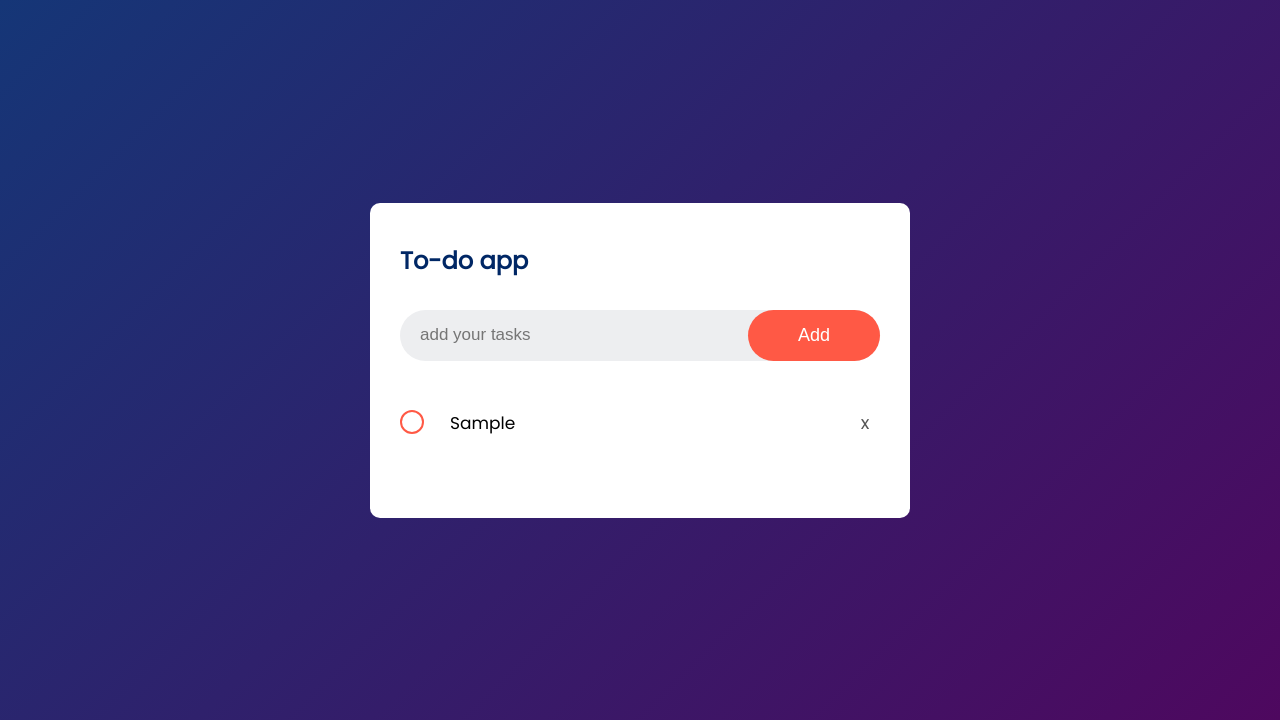
Repository: samoshi/To-do
Page: http://localhost/
These files come from the project's save history. The page is drawn as it stood at one moment and after the next save; the edit follows.
The browser window is 1280 px wide. The pictures show the whole page.
Empty fields were first filled with sample values (such as "Sample", 5 or name@example.com).
After loading, the first visible `button` was clicked once.
The page is served by the project's application, run on Flask 3 (app/app.py).

Above is the page before, as saved 2024-01-14 12:05:20.

### app/templates/index.html
<!DOCTYPE html>
<html lang="en">

<head>
    <meta charset="UTF-8">
    <meta name="viewport" content="width=device-width, initial-scale=1.0">
    <title>To-Do list</title>
    <link rel="stylesheet" href="{{ url_for('static', filename='style.css') }}" />
    <script src="https://code.jquery.com/jquery-3.6.4.min.js"></script>
    <script src="{{ url_for('static', filename='script.js') }}"></script>
</head>

<body>
    <div class="container">
        <div class="todo-app">
            <div class="app-title">
                <h2>To-do app</h2>
                <i class="fa-solid fa-book-bookmark"></i>
            </div>
            <div class="row">
                <input type="text" id="input-box" placeholder="add your tasks" required>
                <button>Add</button>
            </div>
            <ul id="list-container">
                {% for task in tasks %}
                    <li data-task-id="{{ loop.index-1 }}" class="{% if task.completed %}checked{% endif %}">
                        {{ task.description }}
                    </li>
                {% endfor %}
            </ul>
        </div>
    </div>




    <script src="{{ url_for('static', filename='script.js') }}"></script>
</body>

</html>

### app/app.py
from flask import Flask, render_template, request, redirect, url_for
import json

app = Flask(__name__)

tasks = []

def save_tasks():
    with open("tasks.txt", "w") as file:
        for task in tasks:
            file.write(f"{task['description']}:{task['completed']}\n")

# Load tasks from a file
def load_tasks():
    try:
        with open("tasks.txt", "r") as file:
            lines = file.readlines()
            return [
                {"description": line.split(":")[0], "completed": eval(line.split(":")[1])}
                for line in lines
            ]
    except FileNotFoundError:
        return []

# Initialize tasks
tasks = load_tasks()

@app.route('/')
def index():
    return render_template('index.html', tasks=tasks)

@app.route('/add_task', methods=['POST'])
def add_task():
    global tasks
    new_task_description = request.form.get('description')
    if new_task_description:
        new_task = {"description": new_task_description, "completed": False}
        tasks.append(new_task)
        save_tasks()
    return redirect(url_for('index'))

@app.route('/complete/<int:task_id>')
def complete_task(task_id):
    global tasks
    if 0 <= task_id < len(tasks):
        tasks[task_id]['completed'] = True
        save_tasks()
    return redirect(url_for('index'))

@app.route('/remove/<int:task_id>')
def remove_task(task_id):
    global tasks
    if 0 <= task_id < len(tasks):
        del tasks[task_id]
        # Save your tasks or update your data structure
    return redirect(url_for('index'))

if __name__ == '__main__':
    app.run(host='0.0.0.0', port=5000, debug=True)

### app/static/style.css
@import url('https://fonts.googleapis.com/css2?family=Poppins&display=swap');


*, *:before, *:after{
    margin: 0;
    padding: 0;
    box-sizing: border-box;
}
body{
    font-family: 'Poppins', sans-serif;
}
.container{
    width: 100%;
    min-height: 100vh;
    background: linear-gradient(135deg, #153677, #4e085f);
    padding: 10px;
    display: flex;
    justify-content: center;
    align-items: center;
}
.todo-app{
    width: 100%;
    max-width: 540px;
    background-color: #fff;
    padding: 40px 30px 70px;
    border-radius: 10px;
    display: flex;
    flex-direction: column;
    align-items: left;
    gap: 2rem;
}
.app-title{
    display: flex;
    gap: 1rem;
    align-items: center;
}
.app-title h2, .app-title i{
    color: #002765;
}
.app-title i{
    font-size: 26px;
}
.row{
    display: flex;
    align-items: center;
    justify-content: space-between;
    background-color: #edeef0;
    border-radius: 30px;
}
input{
    width: 100%;
    border: none;
    outline: none;
    background-color: transparent;
    padding: 12px;
    font-size: 17px;
    padding-left: 20px;
}
button{
    border: none;
    cursor: pointer;
    outline: none;
    padding: 15px 50px;
    border-radius: 30px;
    background-color: #ff5945;
    color: #fff;
    font-size: 18px;
    transition: all .25s ease;
}
button:hover{
    filter: brightness(.8);
}

@media screen and (max-width: 400px) {
    button{
        padding: 15px;
        border-radius: 0 30px 30px 0;
    }
}

ul{
    list-style: none;
}
ul li{
    font-size: 17px;
    padding: 12px 8px 12px 50px;
    margin-top: 5px;
    user-select: none;
    cursor: pointer;
    position: relative;
}
ul li::before{
    position: absolute;
    content: '';
    width: 24px;
    height: 24px;
    border-radius: 50%;
    left: 0;
    border: 2px solid #ff5945;
}
ul .checked{
    color: #555;
    text-decoration: line-through;
}
ul .checked::before{
    background-color: #ff5945;
}
span {
    position: absolute;
    right: 0;
    top: 50%;
    transform: translateY(-50%);
    width: 30px;
    height: 30px;
    border-radius: 50%;
    display: flex;
    justify-content: center;
    align-items: center;
    color: #555;
    font-size: 18px;
    transition: all .2s ease;
}
span:hover{
    background-color: #c9c9c9;
    color: #fff;
}

### app/static/script.js
document.addEventListener('DOMContentLoaded', function () {
    const inputBox = document.getElementById("input-box");
    const button = document.querySelector("button");
    const list = document.getElementById("list-container");

    console.log("Script loaded!");

    function addTask() {
        console.log("addTask function is called");
        if (inputBox.value === '') {
            alert("You must write something!");
        } else {
            let li = document.createElement("li");
            li.innerHTML = inputBox.value;
            list.appendChild(li);
            inputBox.value = '';
            let span = document.createElement("span");
            span.innerHTML = "x";
            li.appendChild(span);
        }
        saveData();
    }

    list.addEventListener("click", (e) => {
        if (e.target.tagName === "LI") {
            e.target.classList.toggle("checked");
            saveData();
        } else if (e.target.tagName === "SPAN") {
            e.target.parentElement.remove();
            saveData();
        }
    });

    button.addEventListener("click", addTask);

    function saveData() {
        localStorage.setItem("data", list.innerHTML);
    }

    function showTask() {
        const savedData = localStorage.getItem("data");
        if (savedData) {
            list.innerHTML = savedData;
        }
    }

    window.addEventListener("load", showTask);
});

After the next save:
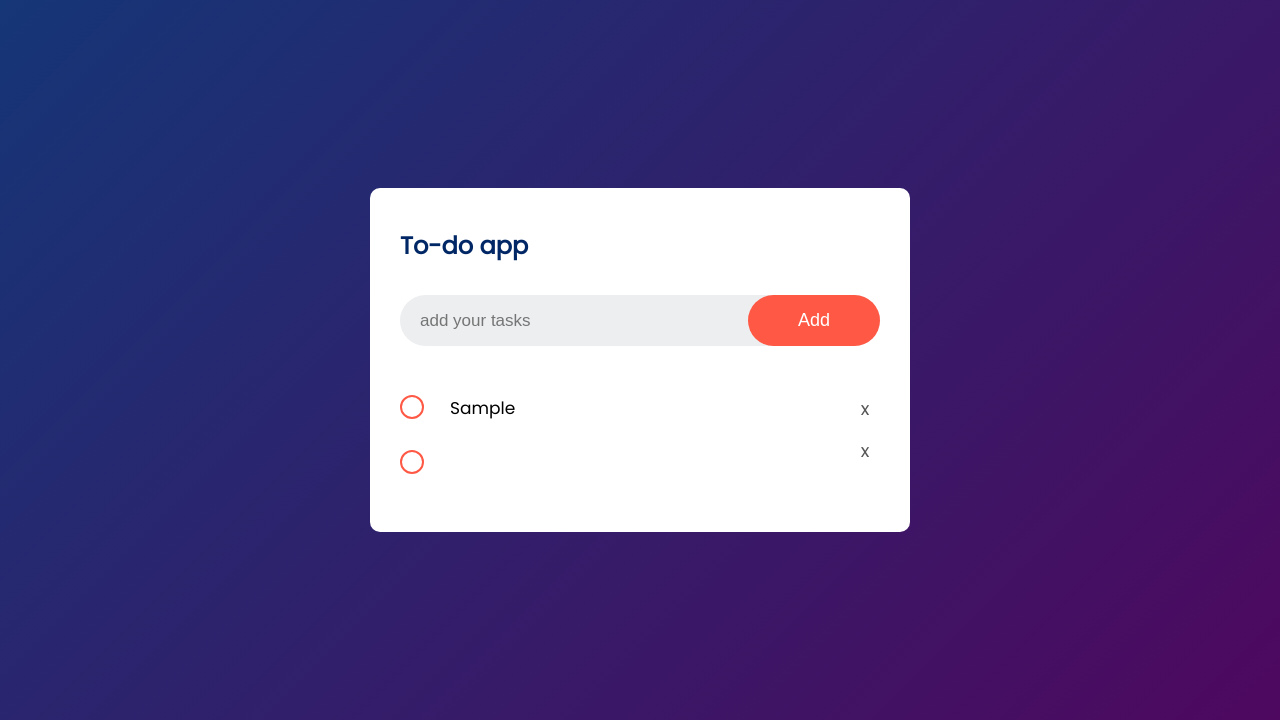
Saved 15 s later.
--- a/app/static/script.js
+++ b/app/static/script.js
@@ -7,17 +7,13 @@ document.addEventListener('DOMContentLoaded', function () {
 
     function addTask() {
         console.log("addTask function is called");
-        if (inputBox.value === '') {
-            alert("You must write something!");
-        } else {
-            let li = document.createElement("li");
-            li.innerHTML = inputBox.value;
-            list.appendChild(li);
-            inputBox.value = '';
-            let span = document.createElement("span");
-            span.innerHTML = "x";
-            li.appendChild(span);
-        }
+        let li = document.createElement("li");
+        li.innerHTML = inputBox.value;
+        list.appendChild(li);
+        inputBox.value = '';
+        let span = document.createElement("span");
+        span.innerHTML = "x";
+        li.appendChild(span);
         saveData();
     }
 
